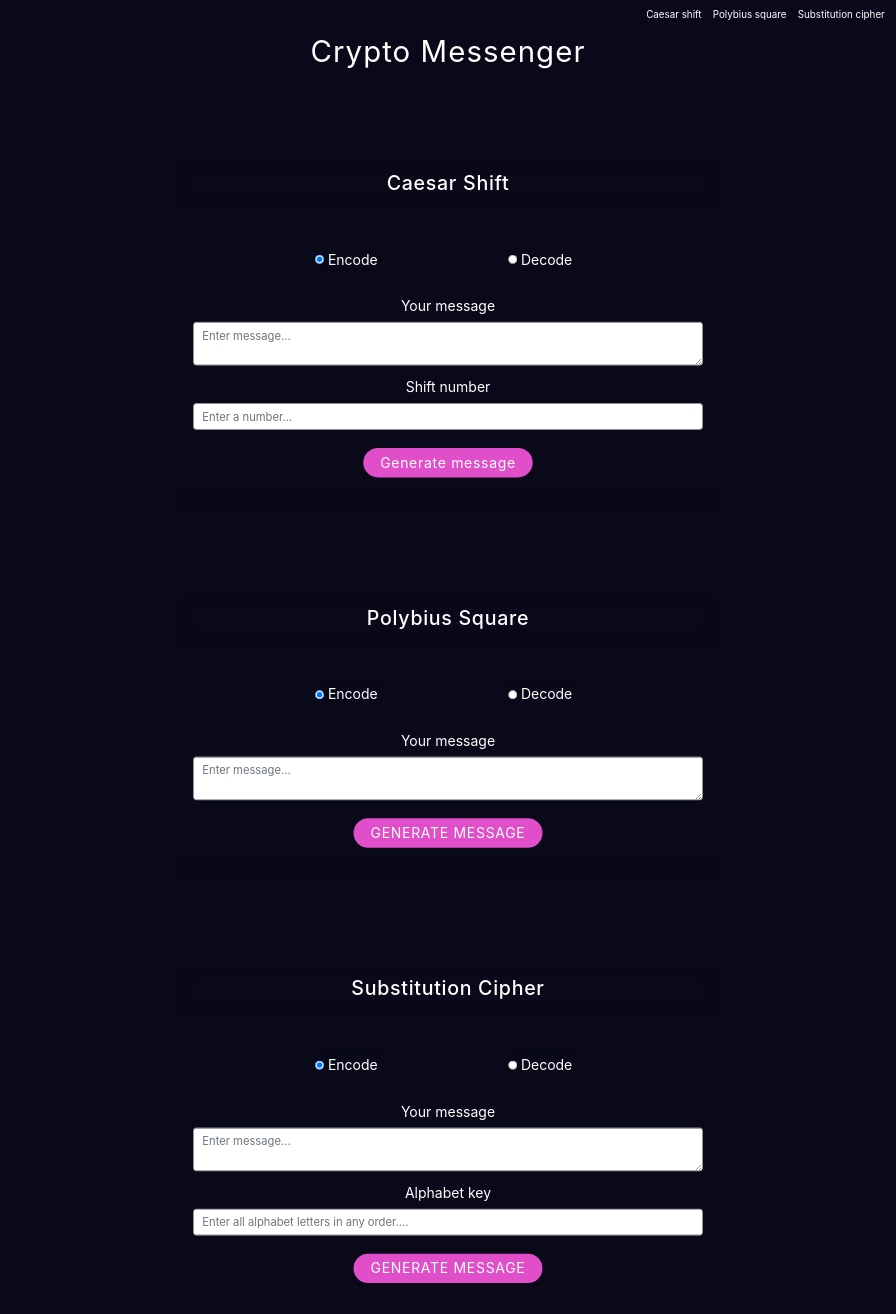
Repository: Rthompson2548/Project-Decoder-Ring
Page: index.html
An editor plug-in stored every save of this project. The page is shown before and after the next save, followed by the edit.
The browser window is 1280 px wide. The pictures show the whole page, at 70% of full size.

Above is the page before, as saved 2022-04-09 20:25:34.

After the next save:
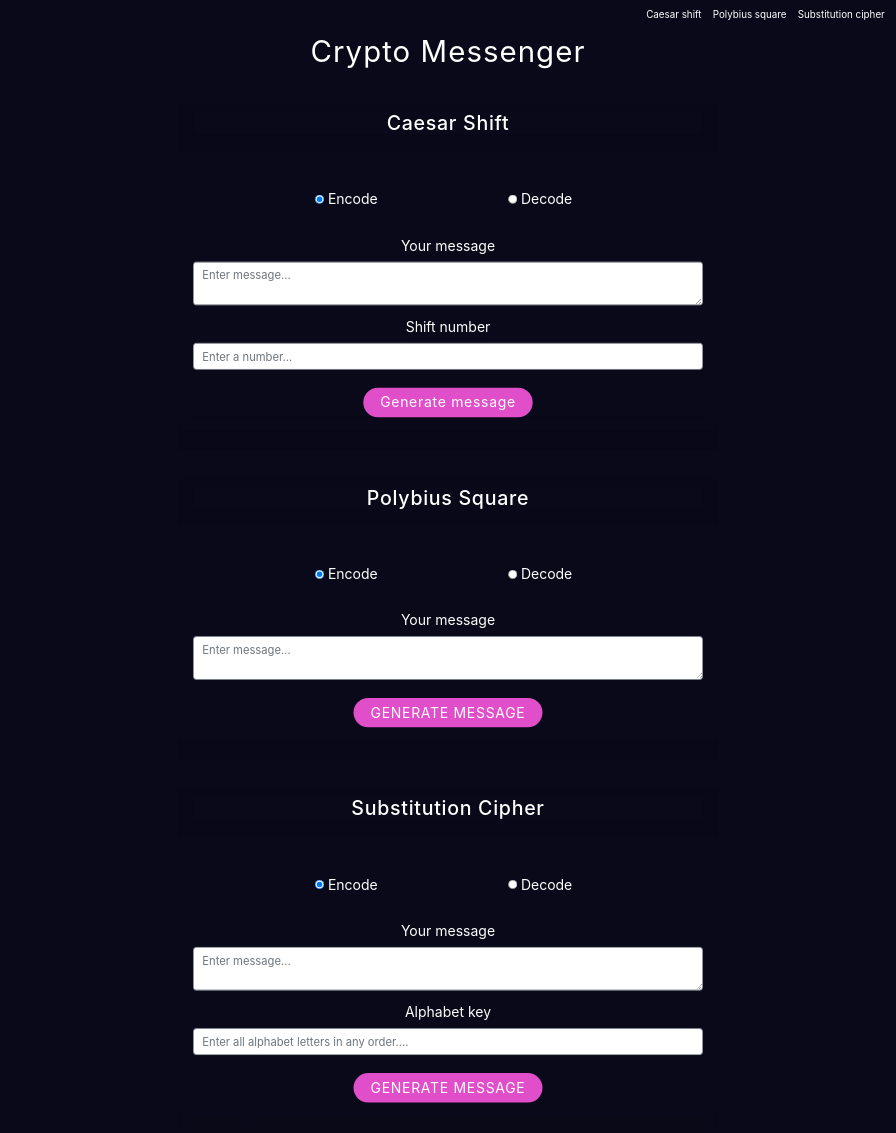
Saved 5 s later.
--- a/index.css
+++ b/index.css
@@ -66,7 +66,7 @@ label {
   color: #000;
   border: none;
   border-radius: 8px;
-  margin-top: 10%;
+  margin-top: 42px;
 }
 
 .language-card-title {
